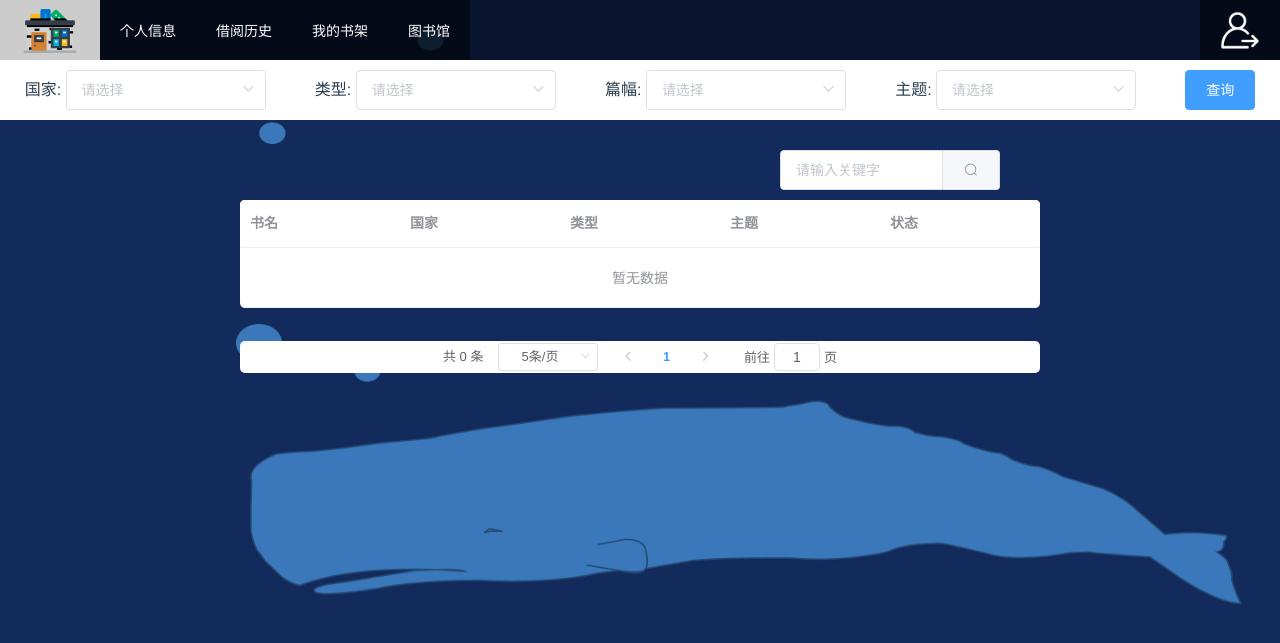
Repository: Akron-xz/helloVue
Page: /#/library (app in vue-library/)
An editor plug-in stored every save of this project. The page is shown before and after the next save, followed by the edit.
The browser window is 1280 px wide. The pictures show the whole page.
The project was rebuilt for these pictures with package versions that can differ from the ones it lists, and the page was loaded fresh each time. Also part of the build but not shown: vue-library/src/components/homeNav.vue, vue-library/src/views/Home.vue.

Above is the page before, as saved 2020-11-25 21:06:25.

### vue-library/src/main.js
import Vue from 'vue'
import App from './App.vue'
import ElementUI from 'element-ui';
import 'element-ui/lib/theme-chalk/index.css';
import axios from "axios"
import router from './router'
import Router from 'vue-router'

const routerPush = Router.prototype.push
Router.prototype.push = function push(location) {
    return routerPush.call(this, location).catch(error => error)
}

Vue.config.productionTip = false
Vue.use(ElementUI);
Vue.prototype.$axios = axios;


new Vue({
    router,
    render: h => h(App)
}).$mount('#app')

### vue-library/src/router/index.js
import Vue from 'vue'
import VueRouter from 'vue-router'
import Home from '../views/Home.vue'


Vue.use(VueRouter)

const routes = [{
        path: '/',
        name: 'Home',
        component: Home
    },
    {
        path: '/about',
        name: 'About',
        // route level code-splitting
        // this generates a separate chunk (about.[hash].js) for this route
        // which is lazy-loaded when the route is visited.
        component: () =>
            import ( /* webpackChunkName: "about" */ '../views/About.vue')
    },
    {
        path: '/admin',
        name: 'Admin',
        // route level code-splitting
        // this generates a separate chunk (about.[hash].js) for this route
        // which is lazy-loaded when the route is visited.
        component: () =>
            import ( /* webpackChunkName: "about" */ '../views/Administrator.vue')
    },
    {
        path: "/userLogin",
        name: "UserLogin",
        component: () =>
            import ('../views/UserLogin.vue')
    },
    {
        path: "/user",
        name: "User",
        component: () =>
            import ( /* webpackChunkName: "about" */ '../views/User.vue')
    },
    {
        path: "/signup",
        name: "SignUp",
        component: () =>
            import ('../views/SignUp.vue')
    },
    {
        path: "/adminmain",
        name: "AdminMain",
        component: () =>
            import ('../views/AdminMain.vue')
    },
    {

        path: "/MyInformation",
        name: "MyInformation",
        component: () =>
            import ('../views/MyInformation.vue')
    },
    {
        path: "/library",
        name: "Library",
        component: () =>
            import ( /* webpackChunkName: "about" */ '../views/Library.vue')

    },
    {
        path: "/modifymsg",
        name: "ModifyMsg",
        component: () =>
            import ('../views/ModifyMsg.vue')
    },
    {
        path: "/borrowhistory",
        name: "BorrowHistory",
        component: () =>
            import ('../views/BorrowHistory.vue')
    },
    {
        path: "/newissue",
        name: "NewIssue",
        component: () =>
            import ('../views/NewIssue.vue')
    },
    {
        path: "/booksearch",
        name: "BookSearch",
        component: () =>
            import ('../views/BookSearch.vue')
    },
    {
        path: "/MyBookshelves",
        name: "MyBookshelves",
        component: () =>
            import ('../views/MyBookshelves.vue')
    },
    {
        path: "/modifyAnnounce",
        name: "ModifyAnnounce",
        component: () =>
            import ('../views/ModifyAnnounce.vue')
    },
    {
        path: "/statistics",
        name: "Statistics",
        component: () =>
            import ('../views/Statistics.vue')
    },


]

const router = new VueRouter({
    routes
})

export default router

### vue-library/src/views/Library.vue
<template >
  <div class="library-container">
    <userNavigation></userNavigation>
    <div class="select" v-show="tableDisplay">
      <label for=""
        >国家:
        <el-select v-model="couId" clearable placeholder="请选择">
          <el-option
            v-for="item in country"
            :key="item.countryId"
            :label="item.countryName"
            :value="item.countryId"
          >
          </el-option>
        </el-select>
      </label>

      <label for=""
        >类型:
        <el-select v-model="tyId" clearable placeholder="请选择">
          <el-option
            v-for="item in type"
            :key="item.typeId"
            :label="item.typeName"
            :value="item.typeId"
          >
          </el-option>
        </el-select>
      </label>

      <label for=""
        >篇幅:
        <el-select clearable placeholder="请选择" v-model="pagenumber">
          <el-option
            v-for="item in pages"
            :key="item.pageId"
            :label="item.pageName"
            :value="item.pageId"
          >
          </el-option>
        </el-select>
      </label>

      <label for=""
        >主题:
        <el-select v-model="thId" clearable placeholder="请选择">
          <el-option
            v-for="item in theme"
            :key="item.themeId"
            :label="item.themeName"
            :value="item.themeId"
          >
          </el-option>
        </el-select>
      </label>
      <el-button type="primary" class="query" @click="selectByLabel"
        >查询</el-button
      >
    </div>

    <div>
      <div class="keyWordQuery"  v-show="tableDisplay">
        <el-input
          placeholder="请输入关键字"
          style="width: 220px"
          class="input-with-select"
          v-model="key"
          @keyup.enter.native="selectByKey"
        >
          <el-button
            slot="append"
            icon="el-icon-search"
            @click="selectByKey"
          ></el-button>
        </el-input>
      </div>
    </div>

    <!-- 搜索后显示 -->
    <div class="table-box" v-show="tableDisplay">
      <el-table
        :data="
          lists.slice(
            (page.currentPage - 1) * page.pageSize,
            page.currentPage * page.pageSize
          )
        "
        max-height="450"
      >
        <el-table-column label="书名" property="bookName"></el-table-column>
        <el-table-column
          label="国家"
          property="country.countryName"
        ></el-table-column>
        <el-table-column
          label="类型"
          property="type.typeName"
        ></el-table-column>
        <el-table-column
          label="主题"
          property="theme.themeName"
        ></el-table-column>
        <el-table-column label="状态">
          <template slot-scope="scope">
            <el-button type="" @click="borrowStatus(scope.row)">详情</el-button>
          </template>
        </el-table-column>
      </el-table>
      <br />
      <!-- 分页器 -->
      <div class="block" style="margin-top: 15px">
        <el-pagination
          align="center"
          @size-change="handleSizeChange"
          @current-change="handleCurrentChange"
          :current-page="page.currentPage"
          :page-sizes="[1, 5, 10, 20]"
          :page-size="page.pageSize"
          layout="total, sizes, prev, pager, next, jumper"
          :total="lists.length"
           style="cursor:pointer;"
            title="回车确认"
        >
        </el-pagination>
      </div>
    </div>

    <!-- 进入借阅界面 -->
    <div class="borrow-box" v-show="!tableDisplay">
      <h1>书名：{{ bookname }}</h1>
      <div v-text="'简介：' + brief" class="brief"></div>
      <div class="borrow-button">
        <el-button v-if="isBorrow()" type="primary" @click="borrow" disabled>
          已借
        </el-button>
        <el-button v-else-if="this.surplusNumber >= 1" type="primary" @click="borrow">
          借阅
        </el-button>
        <el-button v-else type="primary" @click="borrow" disabled style="background-color: lack">
          无货
        </el-button>
        <el-button type="info" @click="goBack">返回</el-button>
      </div>
    </div>
  </div>
</template>
<script>
import axios from "axios";
import userNavigation from '@/components/userNav.vue';
export default {
  components:{
        userNavigation
    },
  data() {
    return {
      couId: "",
      tyId: "",
      thId: "",
      pagenumber: "",
      key: "",
      brief: "霍金写的书",
      bookname: "时间简史",
      tableDisplay: true,
      bookId:"",

      // 剩余数量
      surplusNumber:"",

      userData:[{
        userId:"",
        name: "",
          sex: "",
          age: "",
          email: "",
          birthday: "",
          phone: "",
          address: "",
          introduction: "",
          password: "",
      }],

      // 接收数据
      lists: [],
      // 分页
      page: {
        currentPage: 1, // 当前页码
        total: 20, // 总条数
        pageSize: 5, // 每页的数据条数
      },
      // 输入框内容
      inputContent: "",

      tableData: [
        {
          bookName: "1",
          country: {
            countryId: 0,
            countryName: "",
          },

          type: "3",
          theme: "4",
          brief: "5",
        },
      ],
      value: "",
      country: [
        {
          countryId: 0,
          countryName: "",
        },
      ],

      // 类型
      type: [
        {
          typeId: 0,
          typeName: "",
        },
      ],

      // 借阅历史
      borrowList:[],
      // 借阅状态：1.已借 2.有货 3.缺货
      num: 2,
      // 归还状态
      return: [],

      pages: [
        {
          pageId: 1,
          pageName: "短篇",
        },
        {
          pageId: 2,
          pageName: "中篇",
        },
        {
          pageId: 3,
          pageName: "长篇",
        },
        {
          pageId: 4,
          pageName: "超长篇",
        },
      ],
      theme: [
        {
          themeId: 0,
          themeName: "",
        },
      ],
    };
  },
  methods: {
    // 进入详细页面
    borrowStatus(row) {
      this.tableDisplay = !this.tableDisplay;
      this.brief = [row][0].brief;
      this.bookname = [row][0].bookName;
      this.bookId = [row][0].bookId;
      this.surplusNumber = [row][0].surplusNumber;
    },

    // 点击借阅按钮
    borrow() {
      console.log(this.bookId)
      console.log(this.userData[0].userId)
      axios({
        method:"get",
        url:"http://localhost:8081/user/borrow/",
        params:{
          userId:this.userData[0].userId,
          bookId:this.bookId,

        }
      }).then(res=>{
        alert(res.data);
        this.$router.go(0);
      })
     console.log(this.bookId)
      this.tableDisplay = !this.tableDisplay;
    },
     goBack() {
      this.tableDisplay = !this.tableDisplay;
    },
    // 每页多少条数据
    handleSizeChange(val) {
      console.log(`每页 ${val} 条`);
      this.page.currentPage = 1;
      this.page.pageSize = val;
    },
    // 当前页码
    handleCurrentChange(val) {
      console.log(`当前页: ${val}`);
      this.page.currentPage = val;
    },

    // 计算是否处于借阅状态
    isBorrow(){
      for (let i = 0; i < this.return.length; i++) {
        if (this.bookId == this.return[i].bookId) {
          return true;
        }
      }
      return false;
    },

    // 书籍模糊搜索
    searchContent() {
      if (this.inputContent == "") {
        alert("请输入需要查询的信息。");
        return 0;
      }
      axios
        .post(
          // 接口路径是什么？(fixed)
          "http://localhost:8081/book/list/" + this.inputContent
        )
        .then((res) => {
          console.log("搜索成功");
          let list = res.data;
          console.log(list);
        })
        .catch((err) => console.log("error...", err));
      //清空输入框
      this.inputContent = "";
    },

    // 关键字搜索
    selectByLabel() {
      axios
        .post(
          "http://localhost:8081/book/list/label",
          {
            countryId: this.couId,
            typeId: this.tyId,
            themeId: this.thId,
            lengthRange: this.pagenumber,
          },
          { emulateJSON: true }
        )
        .then((res) => {
          this.lists = res.data;
        })
        .catch((err) => console.log("error...", err));
    },

    selectByKey() {
      axios
        .get("http://localhost:8081/book/list/key", {
          params: {
            key: this.key,
          },
        })
        .then((res) => {
          this.lists = res.data;
          this.key = "";
        })
        .catch((err) => console.log("error...", err));
    },
  },

  created() {
    // 获取user的session
    let user = JSON.parse(sessionStorage.getItem("userSession"));
    console.log(user);
    this.userData[0].userId = user.userId;
    console.log(this.userData);
    axios
      .get("http://localhost:8081/book/list", {
        params: {
          pageNum: 1,
          pageSize: 5,
        },
      })
      .then((res) => {
        // console.log(pageInfo);
        // 使用全局lists变量来接收响应的json数据
        // 使用全局lists接受响应的json数据
        this.lists = res.data;
      })
      .catch((err) => console.log("error...", err));
    axios.get("http://localhost:8081/country/list").then((res) => {
      this.country = res.data;
    });
    axios.get("http://localhost:8081/type/list").then((res) => {
      this.type = res.data;
    });
    axios.get("http://localhost:8081/theme/list").then((res) => {
      this.theme = res.data;
    });
    axios({
            method:"get",
            url:"http://localhost:8081/user/bookshelves",
            params:{
              userId:this.userData[0].userId
            }
        }).then(res=>{
            console.log("this.return");
            // for (let i = 0; i < res.data.length; i++) {
            //   this.return[i].bookId = res.data[i].bookId;
            //   console.log(this.return[i].bookId);
            // }
            this.return = res.data;
            console.log(this.return);
        })
  },

  // 计算v-if的判断值
  // computed: {
  //   isBorrow: function(){
  //     return function(){
  //       for (let i = 0; i < this.return.length; i++) {
  //         if (this.bookId == this.return[i].bookId) {
  //           return true;
  //         }
  //       }
  //       return false;
  //     }
  //   }
  // },
};
</script>

<style  scoped>
.library-container {
  position: fixed;
  left: 0;
  top: 0;
  width: 100%;
  height: 100%;
  background-repeat: no-repeat;
  background-size: 100%;
  background-image: url(/img/divBg/bg34.jpg);
  background-size: 100% 100%;
  text-align: center;
}

.select {
  display: flex;
  flex-direction: row;
  justify-content: space-around;
  position: absolute;
  top: 60px;
  width: 100%;
  height: 60px;
  background: white;
  align-items: center;
}
.el-select {
  width: 200px;
}

.keyWordQuery {
  position: fixed;
  top: 150px;
  right: 300px;
  width: 200px;
}

.table-box {
  position: fixed;
  top: 200px;
  left: 50%;
  margin-left: -400px;
  width: 800px;
}

.borrow-box {
  position: fixed;
  top: 100px;
  left: 50%;
  margin-left: -230px;
  width: 500px;
  height: 400px;
  background-color: white;
}

.brief {

  width: 400px;
  height: 200px;
  margin-left: 50px;
  text-align: left;
}

.borrow-button {
  float: bottom;
  height: 150px;
  width: 200px;
  margin-top: 140px;
  margin-left: 160px;
}

.block{
  background: white;
  border-radius: 5px;
}

.el-table{
  border-radius: 5px;
}
</style>

### vue-library/src/components/userNav.vue
<template>

    <div class="navigation-bar">
        <el-menu
            class="el-menu-demo"
            mode="horizontal"
            @select="handleSelect"
            background-color="#00000080"
            text-color="#ffffff"
            text-font="15px">


            <el-menu-item index="1" @click="toUser">
                <img src="/img/libraryIcon.png" alt="" target="_self" class="libraryIcon">
            </el-menu-item>

            <el-menu-item index="2" @click="toModifyMsg">
                <a  target="_self"  >个人信息</a>
            </el-menu-item>

            <el-menu-item index="3" @click="toBorrowHistory">
                <a  target="_self">借阅历史</a>
            </el-menu-item>

            <el-menu-item index="4" @click="toMyBookshelves">
                <a  target="_self">我的书架</a>
            </el-menu-item>

            <el-menu-item index="5" @click="toLibrary">
                <a  target="_self">图书馆</a>
            </el-menu-item>

            <el-menu-item index="6" class="exitIcon">
                <img src="/img/logoutIconWhite.png" alt="" target="_self" class="logoutIcon" @click="signOut">
            </el-menu-item>

            <!-- <el-menu-item index="6" @click="toMain">
                <a  target="_self">返回主页</a>
            </el-menu-item> -->
        </el-menu>

    </div>
</template>

<script>
export default {
    name:"Nav",
    data() {
      return {
        activeIndex: '1'
      }
    },
    methods: {
    handleSelect(key, keyPath) {
      console.log(key, keyPath);
    },
    toUser(){
      this.$router.push({path:'/user'});
    },

    toModifyMsg(){
      this.$router.push({path:'/ModifyMsg'});
    },
    toBorrowHistory(){
      this.$router.push({path:'/BorrowHistory'});
    },
    toMyBookshelves(){
      this.$router.push({path:'/MyBookshelves'});
    },
    toLibrary(){
      this.$router.push({path:'/Library'});
    },
    signOut(){
      sessionStorage.clear();
      this.$router.push({path:'/'});
    }


  },

}
</script>>

<style scoped>
.libraryIcon{
  height: 60px;
  width: 60px;
}

.exitIcon{
  float: right;
}

.logoutIcon{
  height: 40px;
  width: 40px;
}

</style>>

Loaded but not shown: vue-library/public/index.html (common file); vue-library/src/App.vue (common file)

After the next save:
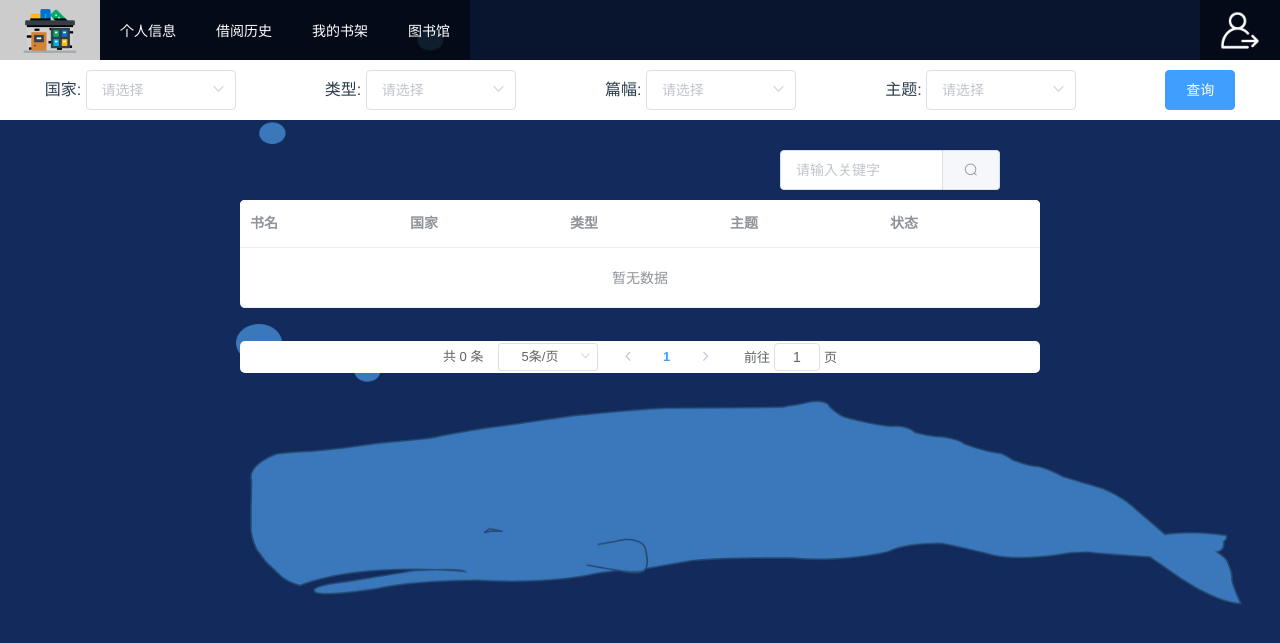
Saved 5 min 38 s later.
--- a/vue-library/src/views/Library.vue
+++ b/vue-library/src/views/Library.vue
@@ -17,7 +17,7 @@
 
       <label for=""
         >类型:
-        <el-select v-model="tyId" clearable placeholder="请选择">
+        <el-select v-model="tyId" clearable placeholder="请选择" >
           <el-option
             v-for="item in type"
             :key="item.typeId"
@@ -501,4 +501,7 @@ export default {
 .el-table{
   border-radius: 5px;
 }
+.el-select{
+  width: 150px;
+}
 </style>
